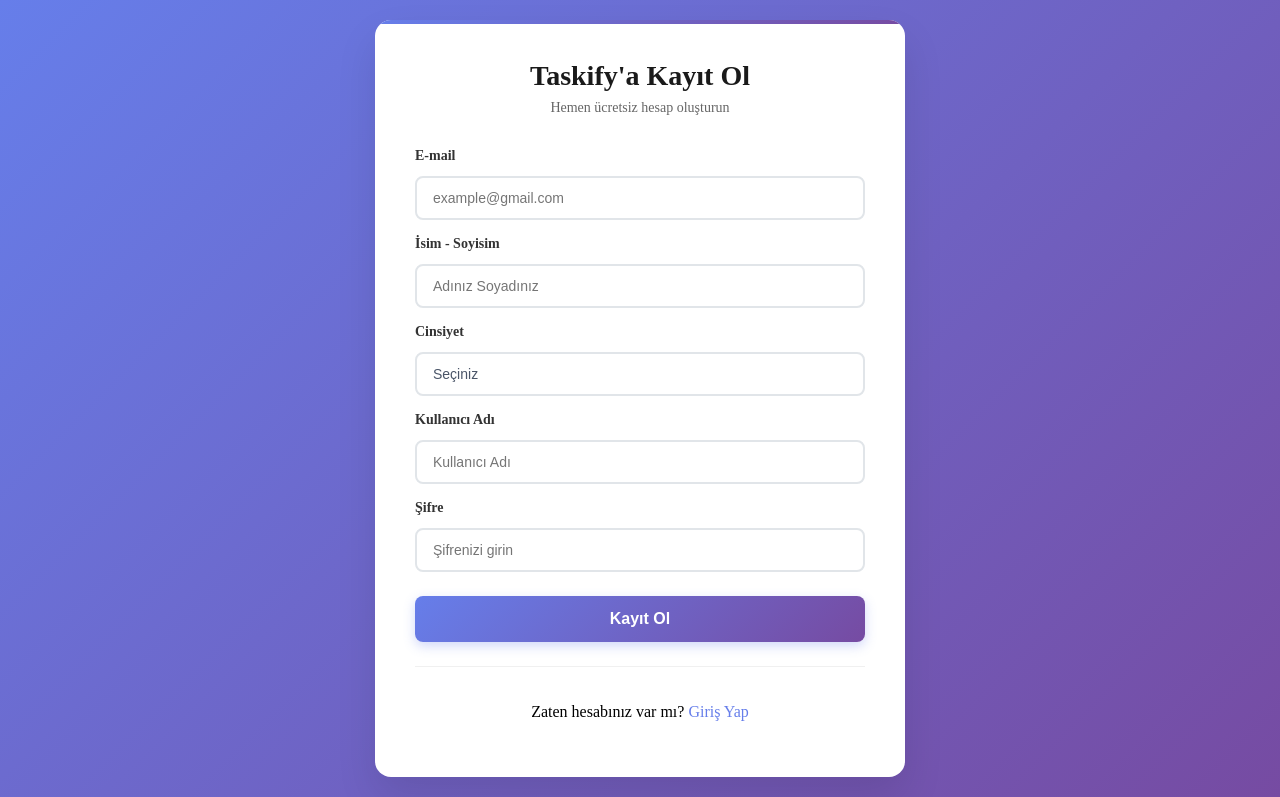
Repository: rumeyssaasya/TaskifyFrontendExample
Page: /auth/register
An editor plug-in stored every save of this project. The page is shown before and after the next save, followed by the edit.
The browser window is 1280 px wide. The pictures show the whole page.
The project was rebuilt for these pictures with package versions that can differ from the ones it lists, and the page was loaded fresh each time. Also part of the build but not shown: vite.config.ts, src/pages/Login/login.tsx, src/component/Navbar/navbar.css, src/component/ProfileDropDownMenu/profileDropDownMenu.css, src/component/ProfileDropDownMenu/profileDropDownMenu.tsx, src/component/Navbar/navbar.tsx, src/component/ProjectList/projectList.css, src/component/ProjectList/projectList.tsx and 19 more.

Above is the page before, as saved 2025-08-07 01:23:08.

After the next save:
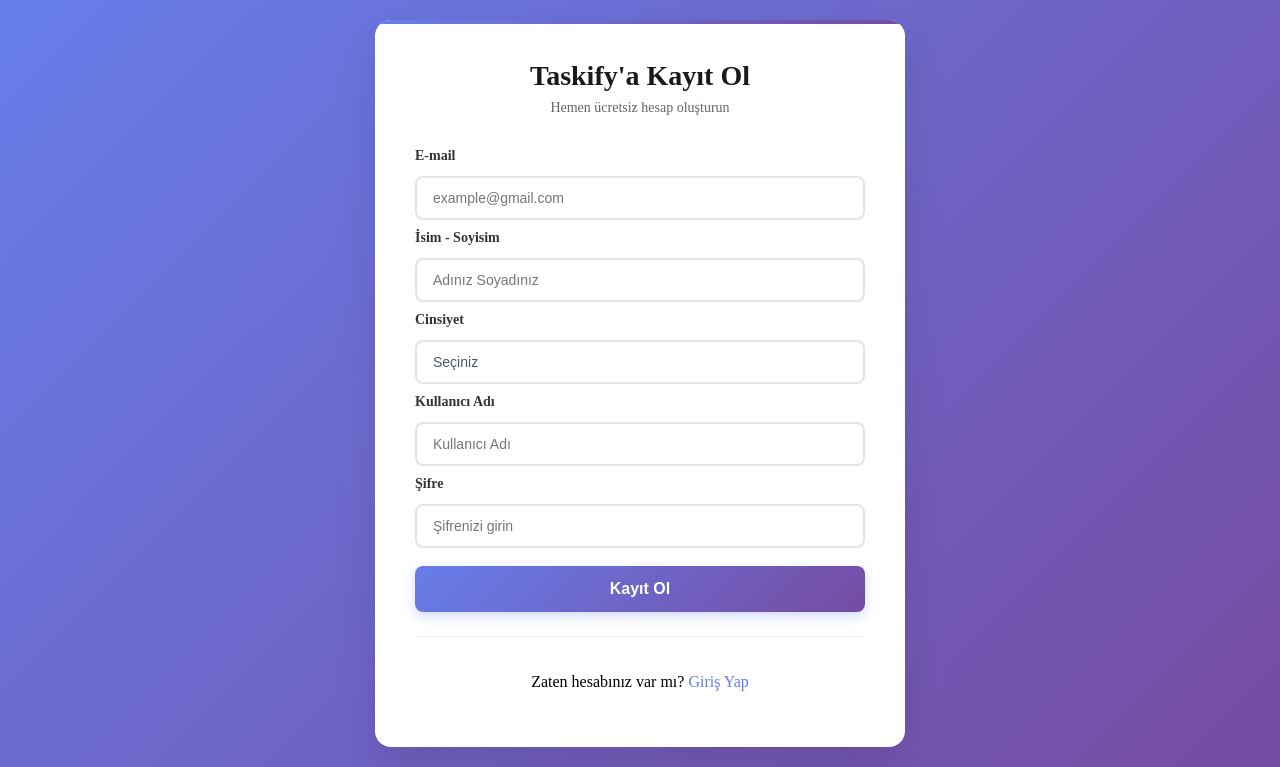
Saved 11 s later.
--- a/src/pages/Register/register.css
+++ b/src/pages/Register/register.css
@@ -50,7 +50,7 @@
 .register-form {
     display: flex;
     flex-direction: column;
-    gap: 16px;
+    gap: 10px;
 }
 
 .form-group {
